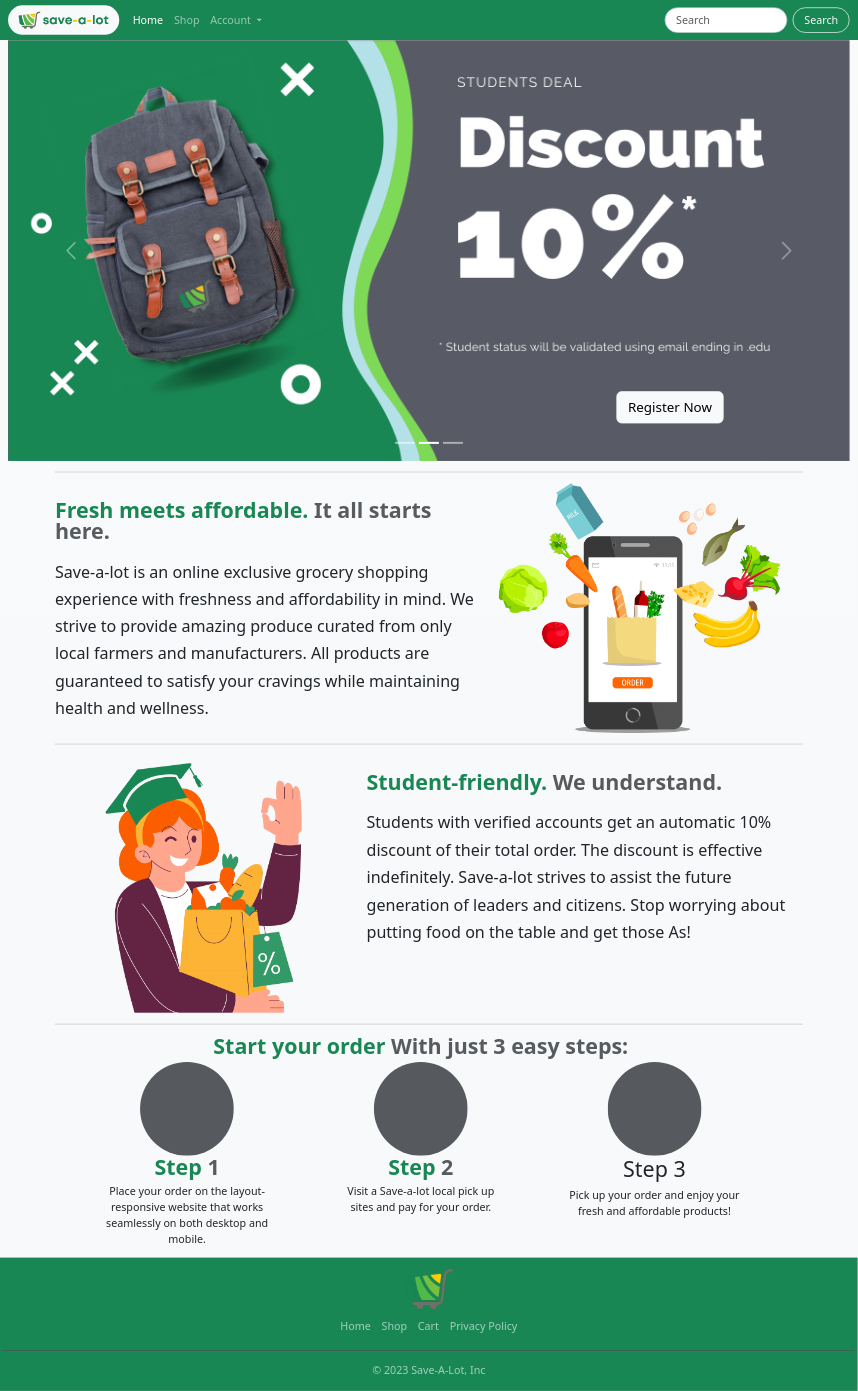
Repository: bill071194/savealot
Page: http://localhost/index
The author's editor kept a record of every edit. The page is drawn from the files as they stood at one moment, then again after the next edit.
The browser window is 1280 px wide. The pictures show the whole page, at 67% of full size.
The page is served by the project's Laravel application, run on PHP 8.4 with Laravel 10. Other server files are loaded and not shown. The database holds what the project's SQL file puts in it.

Above is the page before.

### savealot/routes/web.php
<?php

use Illuminate\Support\Facades\Route;
use App\Http\Controllers\Auth\LoginController;
use App\Http\Controllers\Auth\RegisterController;
use App\Http\Controllers\InventoryController;
use App\Http\Controllers\OrderController;
use App\Http\Controllers\AdminController;
use App\Http\Controllers\UserController;

/*
|--------------------------------------------------------------------------
| Web Routes
|--------------------------------------------------------------------------
|
| Here is where you can register web routes for your application. These
| routes are loaded by the RouteServiceProvider and all of them will
| be assigned to the "web" middleware group. Make something great!
|
*/

// Adding more default view in //
Route::view('/login', 'login');
Route::view('/register', 'register');
Route::view('/privacy', 'privacy');

Auth::routes();

Route::get('/home', [App\Http\Controllers\HomeController::class, 'index'])->name('home');

Route::controller(InventoryController::class)->group(function () {
    Route::get('/', 'homepage');
    Route::get('/index', 'homepage');
    Route::get('/inventory-create', 'create');
    Route::post('/inventory-create', 'store');
    Route::get('/inventory-{id}', 'edit');
    Route::post('/inventory-{id}', 'update');
    Route::post('/inventory/{id}/destroy', 'destroy');
    Route::post('/inventory/{id}/updateQty', 'updateQuantity');
    Route::get('/shop', 'shop');
    Route::get('/shop/{id}', 'show');
    Route::post('/shop/{id}/addToCart', 'addToCart');
    Route::post('/shop/{id}/removeFromCart', 'removeFromCart');
    Route::get('/search', 'search');
    Route::get('/cart', 'cart');
    Route::post('/emptyCart', 'emptyCart');
    Route::get('/uploadfile', 'uploadCSV');
    Route::post('/uploadfile', 'importCSV');
    Route::get('/uploadpicture', 'uploadPicture');
    Route::post('/uploadpicture', 'movePicture');
});

Route::controller(OrderController::class)->group(function () {
    Route::post('/cart/checkout', 'checkOut');
    Route::get('/orderhistory', 'orderHistory');
    Route::put('/order/{id}', 'update');
    Route::delete('/order/{id}', 'destroy');
});

Route::controller(AdminController::class)->group(function () {
    Route::get('/inventory', 'inventoriesDashboard');
    Route::get('/admin', 'adminRedirect');
    Route::get('/adminDashboard', 'adminDashboard');
    Route::get('/orders', 'ordersDashboard');
    Route::get('/ordersList', 'allOrders');
    Route::get('/users', 'usersDashboard');
    Route::get('/usersList', 'allUsers');
    Route::get('/transactions', 'transactionsDashboard');
});

Route::controller(UserController::class)->group(function () {
    Route::put('/user/{id}', 'update');
    Route::delete('/user/{id}', 'destroy');
});

### savealot/app/Models/Inventory.php
<?php

namespace App\Models;

use Illuminate\Database\Eloquent\Factories\HasFactory;
use Illuminate\Database\Eloquent\Model;

class inventory extends Model
{
    use HasFactory;

    protected $fillable = [
        'prod_name',
        'prod_description',
        'prod_purchase_price',
        'prod_selling_price',
        'prod_units',
        'prod_size',
        'prod_quantity',
        'prod_picture',
        'prod_color',
        'competitor_saveonfoods',
        'competitor_tnt',
        'competitor_walmart',
    ];
}

### savealot/resources/views/index.blade.php
@extends('layouts.base1b')

@section('title', 'Save-a-lot Home')
@section('activeHome', 'active')

@section('main')
<div id="myCarousel" class="carousel slide" data-bs-ride="carousel">
    <div class="carousel-indicators">
      <button type="button" data-bs-target="#myCarousel" data-bs-slide-to="0" class="active" aria-label="Slide 1" aria-current="true"></button>
      <button type="button" data-bs-target="#myCarousel" data-bs-slide-to="1" aria-label="Slide 2" class=""></button>
      <button type="button" data-bs-target="#myCarousel" data-bs-slide-to="2" aria-label="Slide 3" class=""></button>
    </div>
    <div class="carousel-inner">
      <div class="carousel-item active">
        <img src="pics/carousel1.png" alt="carousel1" class="center">
        <div class="container">
          <div class="carousel-caption">
            <p><a class="btn btn-lg btn-success" href="/shop">Shop Now</a></p>
          </div>
        </div>
      </div>
      <div class="carousel-item">
        <img src="pics/carousel2.png" alt="carousel2" class="center">
        <div class="container">
          <div class="carousel-caption text-end">
            <p><a class="btn btn-lg btn-light" href="/register">Register Now</a></p>
          </div>
        </div>
      </div>
      <div class="carousel-item">
        <img src="pics/carousel3.png" alt="carousel3" class="center">
        <div class="container">
        </div>
      </div>
    </div>
    <button class="carousel-control-prev" type="button" data-bs-target="#myCarousel" data-bs-slide="prev">
      <span class="carousel-control-prev-icon" aria-hidden="true"></span>
      <span class="visually-hidden">Previous</span>
    </button>
    <button class="carousel-control-next" type="button" data-bs-target="#myCarousel" data-bs-slide="next">
      <span class="carousel-control-next-icon" aria-hidden="true"></span>
      <span class="visually-hidden">Next</span>
    </button>
</div>

<div class="container marketing">

    <!-- START THE FEATURETTES -->

    <hr class="featurette-divider">

    <div class="row featurette">
      <div class="col-md-7">
        <br>
        <h2 class="featurette-heading fw-bold lh-1 text-success">Fresh meets affordable. <span class="text-body-secondary">It all starts here.</span></h2>
        <p class="lead">Save-a-lot is an online exclusive grocery shopping experience with freshness and affordability in mind. We strive to
        provide amazing produce curated from only local farmers and manufacturers. All products are guaranteed to satisfy your cravings while maintaining
        health and wellness.</p>
      </div>
      <div class="col-md-5">
        <img class="featurette" src="pics/featurette1.png">
      </div>
    </div>

    <hr class="featurette-divider">

    <div class="row featurette">
      <div class="col-md-7 order-md-2">
        <br>
        <h2 class="featurette-heading fw-bold lh-1 text-success">Student-friendly. <span class="text-body-secondary">We understand.</span></h2>
        <p class="lead">Students with verified accounts get an automatic <strong>10% discount</strong> of their total order. The discount is effective indefinitely.
        Save-a-lot strives to assist the future generation of leaders and citizens. Stop worrying about putting food on the table and get those As!</p>
      </div>
      <div class="col-md-5 order-md-1">
        <img class="featurette" src="pics/featurette2.png">
      </div>
    </div>

    <hr class="featurette-divider">

    <!-- /END THE FEATURETTES -->

    <!-- START 3 COLUMNS OF STEPS -->
    <div class="row featurette justify-content-evenly">
      <h2 class="featurette-heading fw-bold lh-1 text-success text-center">Start your order <span class="text-body-secondary">With just 3 easy steps:</span></h2>
      <div class="col-lg-3 text-center">
        <svg class="bd-placeholder-img rounded-circle" width="140" height="140" xmlns="http://www.w3.org/2000/svg" role="img" aria-label="Placeholder" preserveAspectRatio="xMidYMid slice" focusable="false"><title>Placeholder</title><rect width="100%" height="100%" fill="var(--bs-secondary-color)"></rect></svg>
        <h2 class="featurette-heading fw-bold lh-1 text-success text-center">Step <span class="text-body-secondary">1</span></h2>
        <p>Place your order on the layout-responsive website that works seamlessly on both desktop and mobile.</p>
      </div><!-- /.col-lg-4 -->
      <div class="col-lg-3 text-center">
        <svg class="bd-placeholder-img rounded-circle" width="140" height="140" xmlns="http://www.w3.org/2000/svg" role="img" aria-label="Placeholder" preserveAspectRatio="xMidYMid slice" focusable="false"><title>Placeholder</title><rect width="100%" height="100%" fill="var(--bs-secondary-color)"></rect></svg>
        <h2 class="featurette-heading fw-bold lh-1 text-success text-center">Step <span class="text-body-secondary">2</span></h2>
        <p>Visit a Save-a-lot local pick up sites and pay for your order.</p>
      </div><!-- /.col-lg-4 -->
      <div class="col-lg-3 text-center">
        <svg class="bd-placeholder-img rounded-circle" width="140" height="140" xmlns="http://www.w3.org/2000/svg" role="img" aria-label="Placeholder" preserveAspectRatio="xMidYMid slice" focusable="false"><title>Placeholder</title><rect width="100%" height="100%" fill="var(--bs-secondary-color)"></rect></svg>
        <h2 class="fw-normal">Step 3</h2>
        <p>Pick up your order and enjoy your fresh and affordable products!</p>
      </div><!-- /.col-lg-4 -->
    </div>
    <!-- END COLUMNS -->

  </div>

@endsection

### savealot/public/savealot.sql (the tables this page reads)
CREATE TABLE `inventories` (
  `id` bigint(20) UNSIGNED NOT NULL,
  `prod_name` varchar(255) NOT NULL,
  `prod_description` varchar(255) DEFAULT NULL,
  `prod_purchase_price` decimal(9,2) DEFAULT NULL,
  `prod_selling_price` decimal(9,2) DEFAULT NULL,
  `prod_units` varchar(255) DEFAULT NULL,
  `prod_size` int(11) DEFAULT NULL,
  `prod_quantity` int(11) DEFAULT NULL,
  `prod_picture` varchar(255) DEFAULT NULL,
  `prod_color` text DEFAULT '#198754',
  `prod_sold` int(11) NOT NULL DEFAULT 0,
  `prod_revenue` decimal(12,2) NOT NULL DEFAULT 0.00,
  `competitor_saveonfoods` decimal(8,2) DEFAULT NULL,
  `competitor_tnt` decimal(8,2) DEFAULT NULL,
  `competitor_walmart` decimal(8,2) DEFAULT NULL,
  `created_at` timestamp NULL DEFAULT NULL,
  `updated_at` timestamp NULL DEFAULT NULL
) ENGINE=InnoDB DEFAULT CHARSET=utf8mb4 COLLATE=utf8mb4_unicode_ci;

INSERT INTO `inventories` (`id`, `prod_name`, `prod_description`, `prod_purchase_price`, `prod_selling_price`, `prod_units`, `prod_size`, `prod_quantity`, `prod_picture`, `prod_color`, `prod_sold`, `prod_revenue`, `competitor_saveonfoods`, `competitor_tnt`, `competitor_walmart`, `created_at`, `updated_at`) VALUES
(2, 'Yakisoba Chow Mein', 'These noodles don\'t taste like either Yakisoba or Chow Mein, but they\'re still pretty good. Especially at this price!', 4.00, 6.00, '5x102g', 510, 21, 'pics/Yakisoba_Noodles.jpg', '#ffc200', 18, 108.00, 7.39, NULL, NULL, NULL, '2023-04-09 04:10:17'),
(3, 'Unsalted Cashews', 'These cashews are cheaper than they are at other stores.', 10.00, 13.00, NULL, 800, 10, 'pics/Unsalted_Cashews.webp', '#ef5c02', 1, 13.00, 19.99, 17.99, NULL, '2023-03-21 12:38:50', '2023-04-09 09:30:48'),
(4, 'Salted Cashews', 'These cashews are saltier than other cashews.', 10.00, 13.00, NULL, 800, 17, 'pics/Salted_Cashews.webp', '#4abbe7', 1, 13.00, 19.99, 17.99, NULL, NULL, '2023-04-09 04:10:27'),
(7, 'Que Pasa Yellow Tortilla Chips', 'These whole grain corn tortilla chips are yellow and only a little bit salty.', 3.00, 4.50, NULL, 350, 23, 'pics/Que_Pasa_Yellow.jpg', '#ffb95b', 13, 58.50, 5.69, NULL, 4.97, '2023-03-21 08:27:27', '2023-04-09 04:10:04'),
(8, 'Que Pasa Blue Tortilla Chips', 'These whole grain corn tortilla chips are blue and a little bit salty.', 3.00, 4.50, NULL, 350, 22, 'pics/Que_Pasa_Blue.jpg', '#698abd', 13, 58.50, 5.69, NULL, 4.97, '2023-03-21 08:32:18', '2023-04-09 04:10:02'),
(9, 'Que Pasa Red Tortilla Chips', 'These whole grain corn chips are red and a little bit salty.', 3.00, 4.50, NULL, 350, 22, 'pics/Que_Pasa_Red.jpg', '#f4685a', 13, 58.50, 5.69, NULL, 4.97, '2023-03-21 08:36:30', '2023-04-09 04:10:00'),
(21, 'Kellogg\'s Fun Pac Cereal', '8 small packages of cereal, including Rice Krispies, Corn Pops!, Froot Loops, and Frosted Flakes. Theeyyy\'re great!', 4.00, 6.00, '8x210g', 1680, 13, 'pics/Kellogg\'s Fun Pac Cereal.jpeg', '#00bcfa', 4, 24.00, 6.29, NULL, 4.97, '2023-03-29 03:45:03', '2023-04-09 06:31:44'),
(22, 'Pop Tarts Jumbo Pack', '24-pack of Pop Tarts with three flavours: Strawberry, Blueberry, Raspberry', 7.00, 8.50, '24x48g', 1150, 15, 'pics/Pop Tarts Jumbo Pack.jpeg', '#00afef', 5, 42.50, 11.49, NULL, NULL, '2023-03-29 03:50:16', '2023-04-09 04:10:08'),
(23, 'Lay\'s Chips Variety Pack', '18 packages of Lay\'s chips: 6 Original, 4 Bar-B-Q, 4 Ketchup, 4 Salt & Vinegar. Warning, most of these flavours are polarizing.', 8.00, 9.25, '18x28g', 504, 16, 'pics/Lays Mix Variety Pack.jpeg', '#e69f0d', 4, 37.00, 14.49, NULL, 9.27, '2023-03-29 03:57:12', '2023-04-09 04:10:09'),
(24, 'Hardbite Ghost Pepper Chips', 'These Hardbite Sweet Ghost Pepper Potato Chips are pretty spicy. Eat them at your own risk.', 3.50, 4.50, NULL, 128, 21, 'pics/Hardbite Ghost Pepper Chips.jpeg', '#a72c3b', 14, 63.00, 4.99, NULL, 4.47, '2023-03-29 04:02:41', '2023-04-09 04:10:20'),
(25, 'Miss Vickie\'s Favourites Chips', '10 packs of Miss Vickie\'s potato chips: 4 Original Recipe, 3 Sweet Chili & Sour Cream, 3 Sea Salt & Malt Vinegar', 5.00, 6.50, '10x24g', 240, 16, 'pics/Miss Vickie\'s Favourites.jpeg', '#efe2ba', 9, 58.50, 9.29, NULL, 6.97, '2023-03-29 04:26:14', '2023-04-09 04:09:58'),
(34, 'Monster Energy - Mango Loco', 'This 4 pack of Monster Energy - Mango Loco packs a punch! It combines the taste of a regular energy drink with a lot of real fruit juices and ends up being delicious.', 8.00, 9.50, '4x473ml', NULL, 16, 'pics/Monster_Punch_Mango.jpeg', '#269fcc', 14, 133.00, 13.49, NULL, 9.97, '2023-04-08 10:07:14', '2023-04-09 08:58:51'),
(36, 'Monster Energy - Zero Ultra', 'Despite having almost no calories, this 4-pack of Monster Energy Zero Ultra will boost your energy, all with a smooth taste', 8.00, 9.50, '4x473ml', NULL, 13, 'storage/pics/Monster_Zero_Ultra.jpeg', '#f0f0f0', 7, 66.50, 13.49, NULL, 9.97, '2023-04-09 03:04:18', '2023-04-09 04:10:18'),
(46, 'Monster Energy', 'The original Monster Energy flavour in a pack of 4.', 8.00, 9.50, '4x473ml', NULL, 14, 'storage/pics/Monster_Energy.jpeg', '#86ca00', 6, 57.00, 13.49, NULL, 9.97, '2023-04-09 03:44:02', '2023-04-09 04:10:06'),
(51, 'Coca-Cola - Coke Zero', 'These 12 cans of Coca-Cola Zero have no sugar!', 5.00, 6.50, '12x355ml', 4260, 20, 'storage/pics/Coca-Cola_Zero.jpeg', '#cc3333', 0, 0.00, 8.29, 0.00, 0.00, '2023-04-10 02:59:59', '2023-04-10 02:59:59'),
(52, 'Pepsi - Cola Cans', 'These 12 cans of Pepsi have lots of sugar!', 5.00, 6.50, '12x355ml', 4260, 20, 'storage/pics/Pepsi-Cola.jpeg', '#3366cc', 0, 0.00, 8.29, 0.00, 0.00, '2023-04-10 02:59:59', '2023-04-10 02:59:59');

ALTER TABLE `inventories`
  ADD PRIMARY KEY (`id`),
  ADD UNIQUE KEY `inventory_prod_name_unique` (`prod_name`);

ALTER TABLE `inventories`
  MODIFY `id` bigint(20) UNSIGNED NOT NULL AUTO_INCREMENT, AUTO_INCREMENT=53;

Loaded but not shown: savealot/app/Http/Controllers/Auth/ConfirmPasswordController.php (common file); savealot/app/Http/Controllers/Controller.php (common file); savealot/public/bootstrap.css (library); savealot/public/bootstrap.bundle.js (library); savealot/resources/views/layouts/base1b.blade.php (225 lines, source omitted); savealot/app/Http/Controllers/InventoryController.php (270 lines, source omitted)

After the next edit:
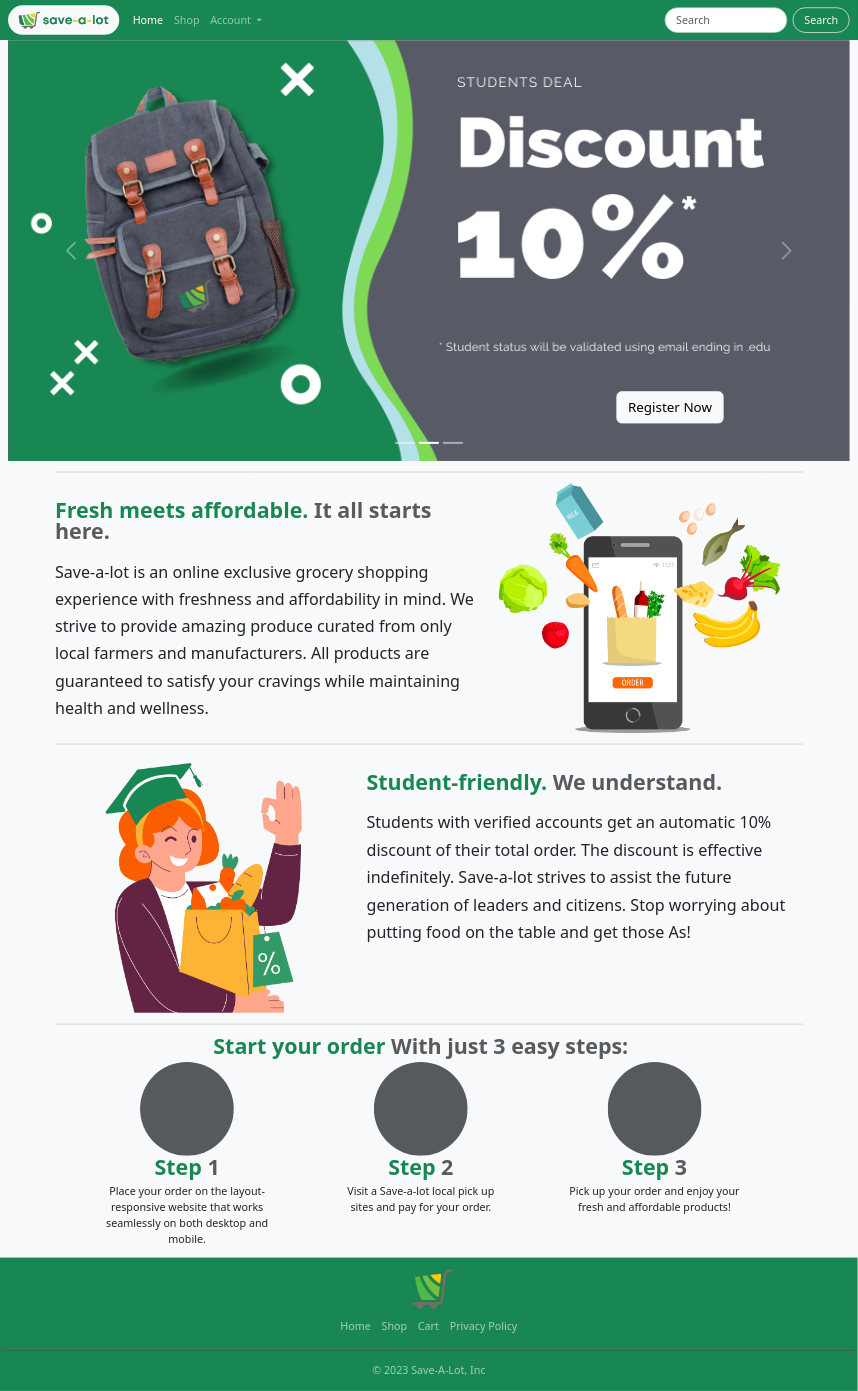
The edit:
--- a/savealot/resources/views/index.blade.php
+++ b/savealot/resources/views/index.blade.php
@@ -95,7 +95,7 @@
       </div><!-- /.col-lg-4 -->
       <div class="col-lg-3 text-center">
         <svg class="bd-placeholder-img rounded-circle" width="140" height="140" xmlns="http://www.w3.org/2000/svg" role="img" aria-label="Placeholder" preserveAspectRatio="xMidYMid slice" focusable="false"><title>Placeholder</title><rect width="100%" height="100%" fill="var(--bs-secondary-color)"></rect></svg>
-        <h2 class="fw-normal">Step 3</h2>
+        <h2 class="featurette-heading fw-bold lh-1 text-success text-center">Step <span class="text-body-secondary">3</span></h2>
         <p>Pick up your order and enjoy your fresh and affordable products!</p>
       </div><!-- /.col-lg-4 -->
     </div>
